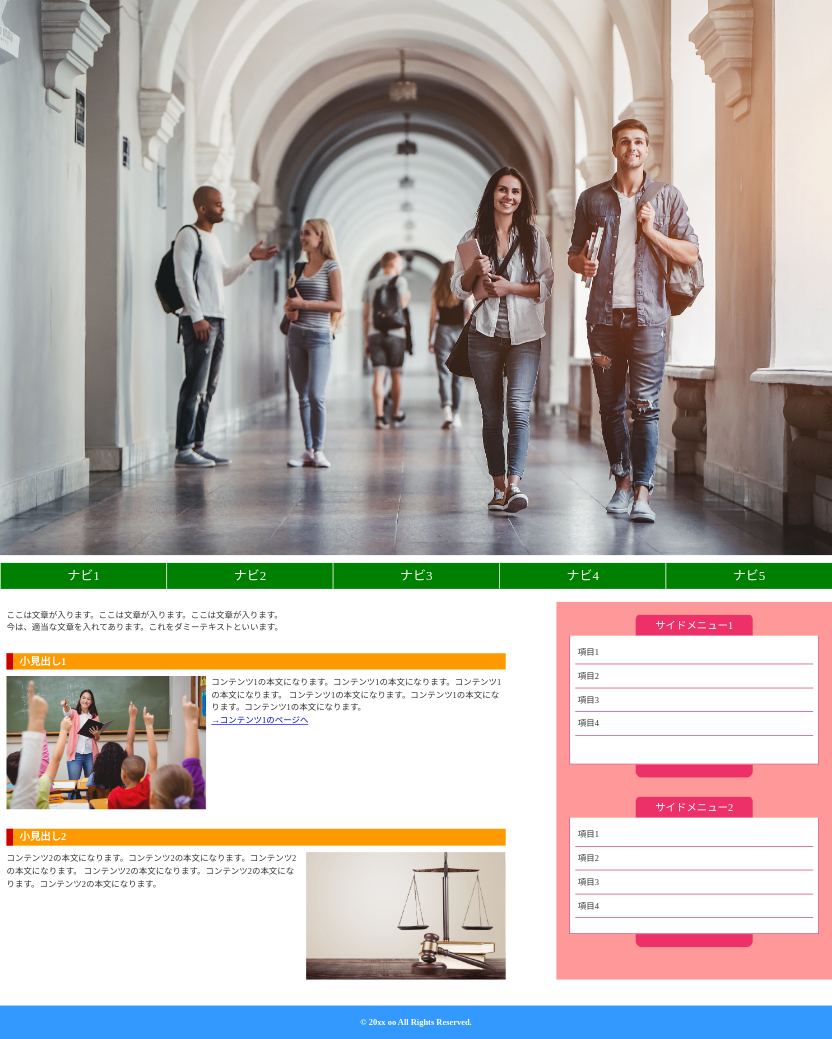
Repository: hrhrsor/samurai_HTML-CSS
Page: home.html
The author's editor kept a record of every edit. The page is drawn from the files as they stood at one moment, then again after the next edit.
The browser window is 1280 px wide. The pictures show the whole page, at 65% of full size.

Above is the page before.

### home.html
<!DOCTYPE html>
<html lang="ja">
    <head>
        <meta charset="UTF-8">
        <title>HTML/CSSの学習</title>
        <link rel="stylesheet" href="stylesheet.css">
    </head>
    <body>
         <div id="header">
             <h1><a href="index.html"><img id="corridor" src="images/corridor.jpg" alt="大学の廊下" /></a></h1>
         </div>
         <div id="wrapper">
            <div id="nav">
                <ul>
                    <li><a href="home.html">ナビ1</a></li>
                    <li><a href="#">ナビ2</a></li>
                    <li><a href="#">ナビ3</a></li>
                    <li><a href="#">ナビ4</a></li>
                    <li><a href="#">ナビ5</a></li>
                </ul>
            </div>
            <div id="container">
                 <div id="main">
                     <div class="post">
                         <p>ここは文章が入ります。ここは文章が入ります。ここは文章が入ります。<br />今は、適当な文章を入れてあります。これをダミーテキストといいます。</p>
                     </div>
                     <div class="post clearfix">
                         <h2>小見出し1</h2>
                         <img class="left" src="images/classroom.jpg" alt="授業風景" />
                         <p>
                             コンテンツ1の本文になります。コンテンツ1の本文になります。コンテンツ1の本文になります。
                             コンテンツ1の本文になります。コンテンツ1の本文になります。コンテンツ1の本文になります。
                         </p>
                         <p><a href="#">→コンテンツ1のページへ</a></p>
                     </div>
                     <div class="post clearfix">
                         <h2>小見出し2</h2>
                         <img class="right" src="images/scale.jpg" alt="天秤" />
                         <p>
                             コンテンツ2の本文になります。コンテンツ2の本文になります。コンテンツ2の本文になります。
                             コンテンツ2の本文になります。コンテンツ2の本文になります。コンテンツ2の本文になります。
                         </p>
                     </div>
                 </div>
                 <div id="side">
                     <div class="box">
                         <h2>サイドメニュー1</h2>
                         <div class="boxBody">
                             <ul>
                                <li>項目1</li>
                                <li>項目2</li>
                                <li>項目3</li>
                                <li>項目4</li>
                          　</ul>
                         </div>
                     </div>
                     <div class="box">
                     <h2>サイドメニュー2</h2>
                     <div class="boxBody">
                         <ul>
                             <li>項目1</li>
                             <li>項目2</li>
                             <li>項目3</li>
                             <li>項目4</li>
                         </ul>
                     </div>
                 </div>
            </div>
      　</div>
        <div id="footer">
            <p>&copy; 20xx oo All Rights Reserved.</p>
        </div>
    </body>
</html>

### stylesheet.css
@charset "utf-8";

body {
       margin: 0;
       padding: 0;
       font-family: "ヒラギノ角ゴ　pro W3","hiragino kaku gothic Pro","メイリオ",meiryo, osaka, "ＭＳ　Ｐゴシック","MS Pgothic", sans-seif;
       color: #333;
       font-size: 13px;
       line-height: 150%;

}

/*--------------------wrapper------------------*/
#wrapper {
        width: 100%;
        margin: auto;
        padding: 0px;
        border: 0px;
        background-color: #FFF;
        top: 10px;
        position: relative;
}

/*-------------------header----------------------*/
#header {
    width: 100%;
}
#header h1 {
       margin: 0;
       padding: 0;
}

#corridor {
      width: 100%;
      height: auto;
}

/*---------------------------footer----------------*/
#footer {
    clear: both;
    width: 100%;
    padding: 3px 0 3px 0;
    background: #39F;
    color: #FFF;
    font-weight: bold;
    text-align: center;
}

/*-----------------------------nav--------------------*/
#nav {
        width: 100%
}
#nav ul {
     display: flex;
        margin:0;
        padding: 0;
        list-style-type: none;
}
#nav ul li {
        width: 20%;
        text-align: center;
}

#nav ul li a {
        display: block;
        height: 20px;
        margin: 0;
        padding: 10px;
        color: #FFF;
        font-size: 20px;
        text-decoration: none;
        background-color: green;
    border-left: 1px solid white;
}
#nav ul li a:hover {
       filter: drop-shadow(10px 10px 10px black)
}

/*------------------container------------------*/
#container {
       width: 100%;
       margin: auto ;
       padding-top: 20px;
       clear: both;
}
/*----------------------------main-----------------------*/
#main {
       float: left;
       width: 60%;
       padding: 10px 30px 10px 10px;
}
#main h2 {
       margin:0 0 10px 0;
       padding: 3px 10px 3px 10px;
       color: #FFF;
       font-size: 16px;
       border-left: solid 10px #C00;
       background-color: #f90;
}
#main p {
       margin: 0;
       padding: 0;
}
#main .post {
       margin: 0 0 30px 0;
}
#main .post img.right {
       margin: 0 0 0 8px;
}
#main .post img.left {
       margin: 0 8px 0 0;
}

.right {
       float: right;
       width: 40%;
       height: auto;
}
.left {
       float: left;
       width: 40%;
       height: auto;
}

/*----------------------------clearfix------------------*/
.clearfix {
       zoom: 1;
}
.clearfix:after{
       content: "";
       display: block;
       clear: both;
}

/*-----------------------------side---------------------*/
#side {
       float: right;
       width: 30%;
       padding: 20px;
       background-color: #F99;
}
#side .box {
       margin: 0 auto 30px auto;
       padding: 0 0 20px 0;
       background: url(images/side_box.png) bottom no-repeat;
}
#side .box h2 {
       margin: 0;
       padding: 8px;
       text-align: center;
       color: #fff;
       font-size: 16px;
       line-height: 16px;
       font-weight: normal;
       background: url(images/side_box_h2.png) center no-repeat;
}
#side .box .boxBody {
       padding: 8px;
       border-right: solid 1px #C36;
       border-bottom: solid 1px #C36;
       border-left: solid 1px #C36;
       background: #fff;
}
#side .box .boxBody ul {
       margin: 0 0 16px 0;
       padding: 0;
}
#side .box .boxBody ul li {
       padding: 8px 0 8px 4px;
       list-style: none;
       border-bottom: solid 1px #C36;
}

#side .box .boxBody ul li:hover {
            padding: 8px 0 8px 4px;
            list-style: none;
            border-bottom: solid 1px #C36;
            box-shadow: 0px 4px 4px rgba(0, 0, 0, 0.3);
}

After the next edit:
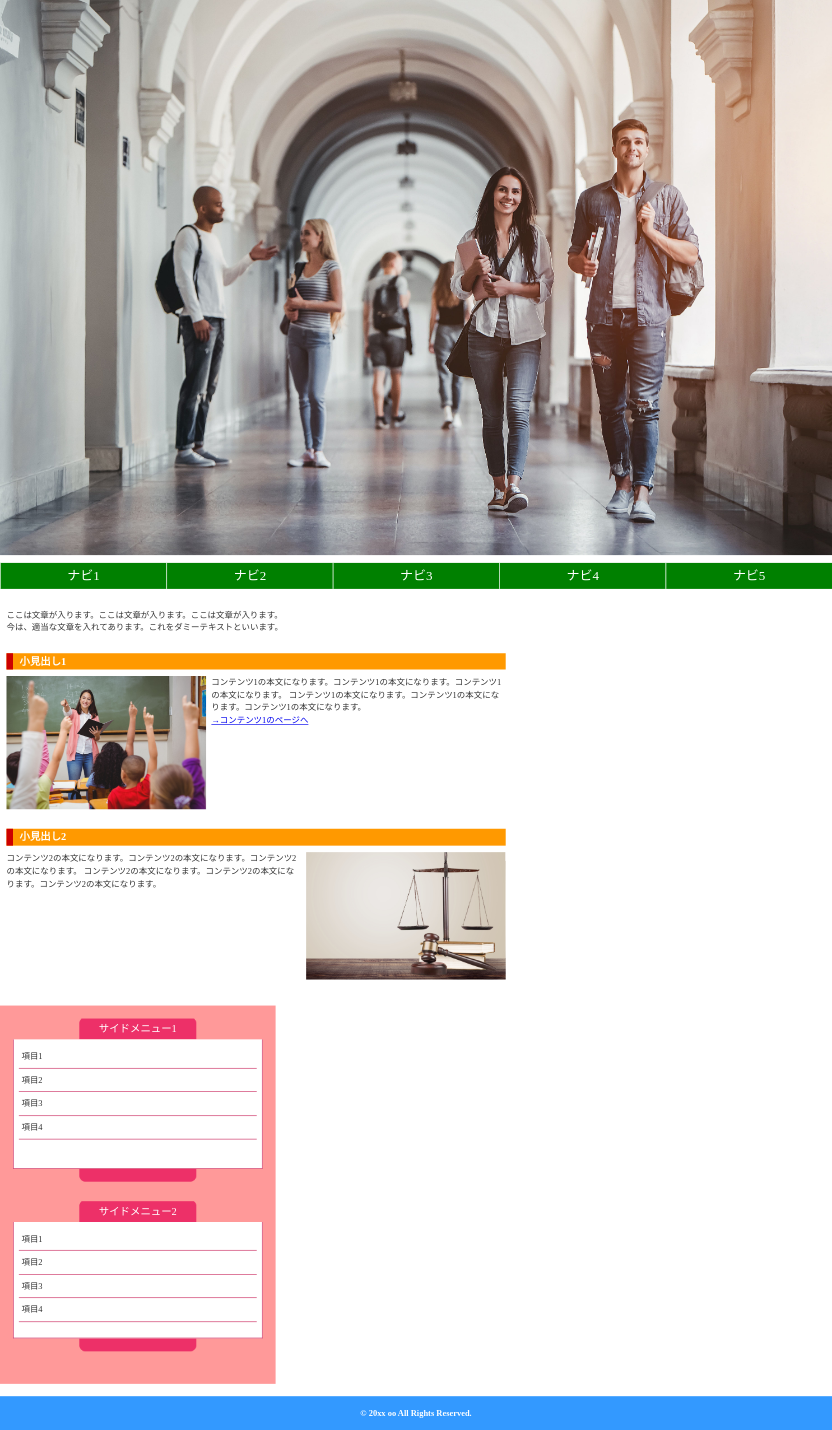
The edit:
--- a/stylesheet.css
+++ b/stylesheet.css
@@ -82,6 +82,8 @@
        margin: auto ;
        padding-top: 20px;
        clear: both;
+     display: grid;
+     grid-tempale-columns: 70 vw 30vw;
 }
 /*----------------------------main-----------------------*/
 #main {
